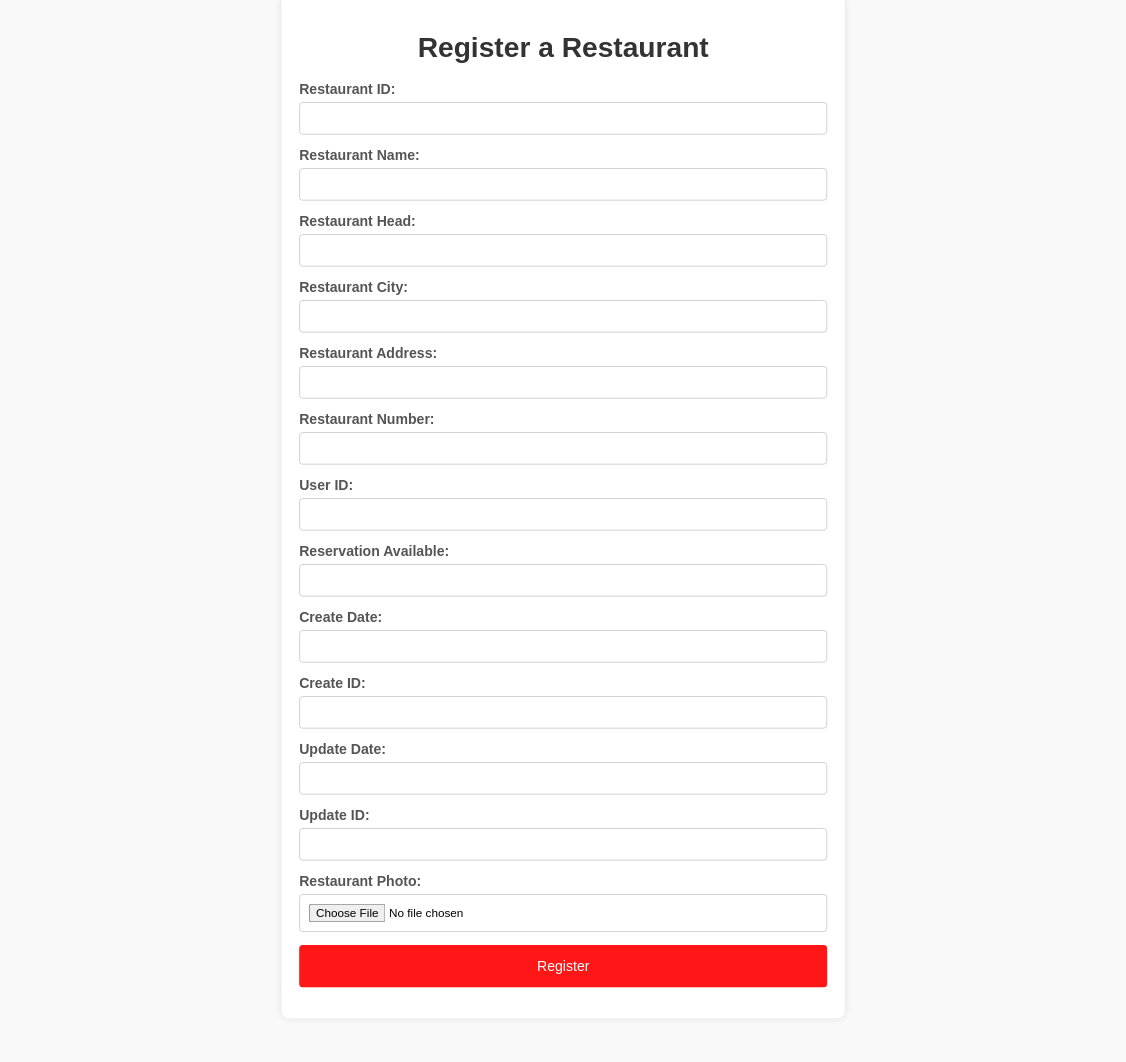
Repository: MeGuuuun/-_TableJava
Page: http://localhost/kimbanbagi/register.jsp
These files come from the project's save history. The page is drawn as it stood at one moment and after the next save; the edit follows.
The browser window is 1280 px wide. The pictures show the whole page, at 88% of full size.
The page is served by Tomcat 10. Other server files are loaded and not shown.

Above is the page before, as saved 2024-06-03 08:15:19.

### tableJava/kimbanbagi/WebContent/register.jsp
<%@ page language="java" contentType="text/html; charset=UTF-8"
    pageEncoding="UTF-8"%>
<!DOCTYPE html>
<html lang="en">
<head>
    <meta charset="UTF-8">
    <title>Restaurant Registration</title>
    <link rel="stylesheet" href="css/register.css">
</head>
<body>
    <div class="container">
        <h1>Register a Restaurant</h1>
        <form action="register" method="post" enctype="multipart/form-data">
            <div class="form-group">
                <label for="restaurantId">Restaurant ID:</label>
                <input type="text" id="restaurantId" name="restaurantId" required>
            </div>
            <div class="form-group">
                <label for="restaurantName">Restaurant Name:</label>
                <input type="text" id="restaurantName" name="restaurantName" required>
            </div>
            <div class="form-group">
                <label for="restaurantHead">Restaurant Head:</label>
                <input type="text" id="restaurantHead" name="restaurantHead" required>
            </div>
            <div class="form-group">
                <label for="restaurantCity">Restaurant City:</label>
                <input type="text" id="restaurantCity" name="restaurantCity" required>
            </div>
            <div class="form-group">
                <label for="restaurantAddress">Restaurant Address:</label>
                <input type="text" id="restaurantAddress" name="restaurantAddress" required>
            </div>
            <div class="form-group">
                <label for="restaurantNumber">Restaurant Number:</label>
                <input type="text" id="restaurantNumber" name="restaurantNumber" required>
            </div>
            <div class="form-group">
                <label for="userId">User ID:</label>
                <input type="text" id="userId" name="userId" required>
            </div>
            <div class="form-group">
                <label for="reservationAvailable">Reservation Available:</label>
                <input type="text" id="reservationAvailable" name="reservationAvailable" required>
            </div>
            <div class="form-group">
                <label for="createDate">Create Date:</label>
                <input type="text" id="createDate" name="createDate" required>
            </div>
            <div class="form-group">
                <label for="createId">Create ID:</label>
                <input type="text" id="createId" name="createId" required>
            </div>
            <div class="form-group">
                <label for="updateDate">Update Date:</label>
                <input type="text" id="updateDate" name="updateDate" required>
            </div>
            <div class="form-group">
                <label for="updateId">Update ID:</label>
                <input type="text" id="updateId" name="updateId" required>
            </div>
            <div class="form-group">
                <label for="restaurantPhoto">Restaurant Photo:</label>
                <input type="file" id="restaurantPhoto" name="restaurantPhoto" accept="image/*" required>
            </div>
            <div class="form-group">
                <button type="submit">Register</button>
            </div>
        </form>
    </div>
</body>
</html>

### tableJava/kimbanbagi/WebContent/css/register.css
/* register.css */
body {
    font-family: Arial, sans-serif;
    background-color: #f9f9f9;
    margin: 0;
    padding: 0;
}

.container {
    width: 100%;
    max-width: 600px;
    margin: 50px auto;
    padding: 20px;
    background-color: #fff;
    box-shadow: 0 0 10px rgba(0, 0, 0, 0.1);
    border-radius: 8px;
    margin-top:-5px;
}

h1 {
    text-align: center;
    color: #333;
    margin-bottom: 20px;
}

.form-group {
    margin-bottom: 15px;
}

.form-group label {
    display: block;
    font-weight: bold;
    margin-bottom: 5px;
    color: #555;
}

.form-group input[type="text"],
.form-group input[type="file"] {
    width: 100%;
    padding: 10px;
    box-sizing: border-box;
    border: 1px solid #ccc;
    border-radius: 4px;
}

.form-group input[type="checkbox"] {
    margin-right: 10px;
}

button[type="submit"] {
    width: 100%;
    padding: 15px;
    background-color: #ff1616;
    color: #fff;
    border: none;
    border-radius: 4px;
    font-size: 16px;
    cursor: pointer;
    transition: background-color 0.3s ease;
}

button[type="submit"]:hover {
    background-color: #e51414;
}
.inline-group{
	margin-bottom: 15px;
	display: inline-block;
}
.inline-group label {
    font-weight: bold;
    margin-bottom: 5px;
    color: #555;
}
.inline-group input[type="checkbox"] {
    margin-right: 10px;
}
.logo{
	position:relative;
	width:130px;
	height:130px;
	left:47%;
}

After the next save:
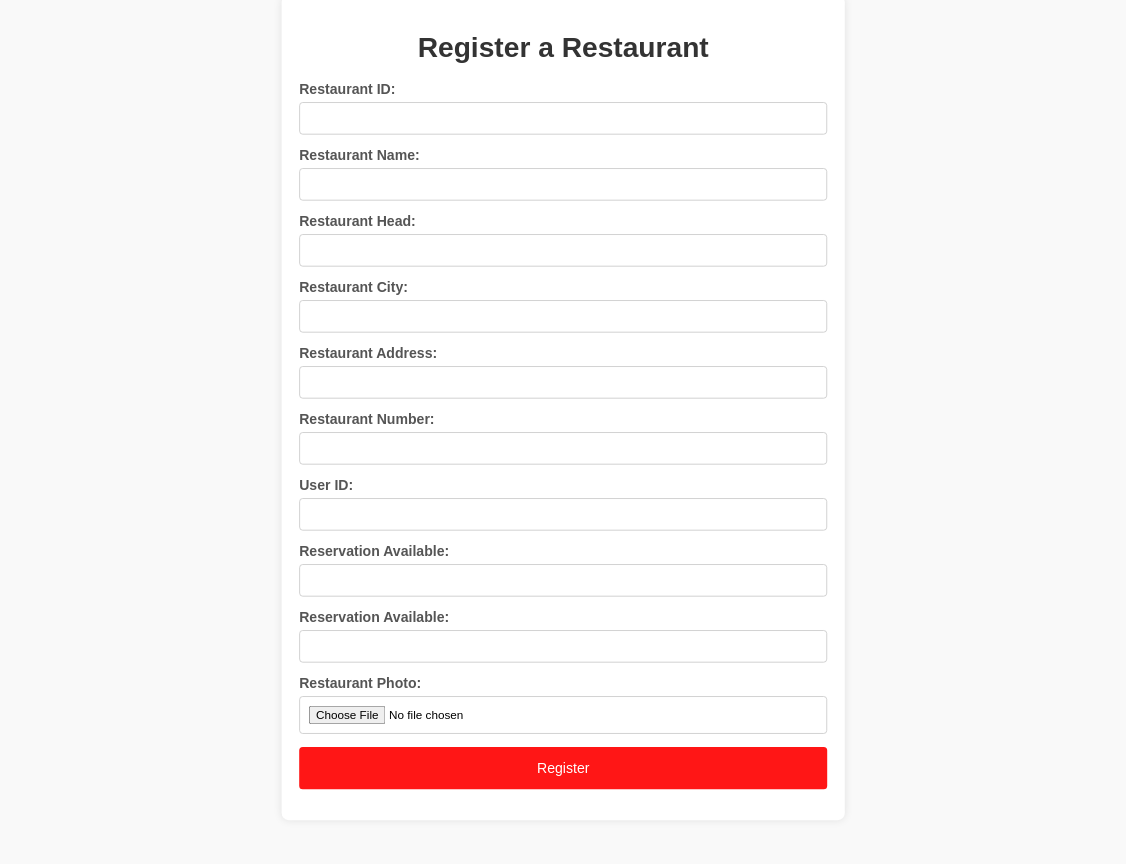
Saved 2 min 35 s later.
--- a/tableJava/kimbanbagi/WebContent/register.jsp
+++ b/tableJava/kimbanbagi/WebContent/register.jsp
@@ -44,20 +44,8 @@
                 <input type="text" id="reservationAvailable" name="reservationAvailable" required>
             </div>
             <div class="form-group">
-                <label for="createDate">Create Date:</label>
-                <input type="text" id="createDate" name="createDate" required>
-            </div>
-            <div class="form-group">
-                <label for="createId">Create ID:</label>
-                <input type="text" id="createId" name="createId" required>
-            </div>
-            <div class="form-group">
-                <label for="updateDate">Update Date:</label>
-                <input type="text" id="updateDate" name="updateDate" required>
-            </div>
-            <div class="form-group">
-                <label for="updateId">Update ID:</label>
-                <input type="text" id="updateId" name="updateId" required>
+                <label for="waitingAvailable">Reservation Available:</label>
+                <input type="text" id="reservationAvailable" name="reservationAvailable" required>
             </div>
             <div class="form-group">
                 <label for="restaurantPhoto">Restaurant Photo:</label>
